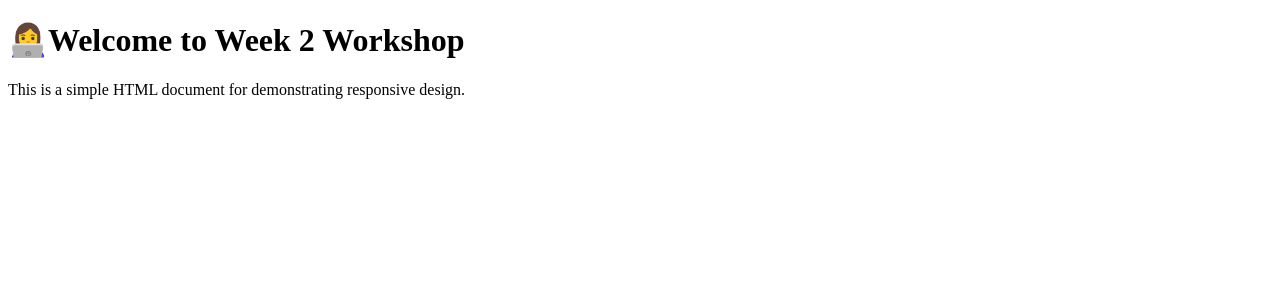
Repository: VickyJacob23/SheCode
Page: firstCode/week2.html
The author's editor kept a copy of each file at every save. The page is drawn from the files as they stood at one save, then again after the next save.
The browser window is 1280 px wide. The pictures show the whole page.

Above is the page before, as saved 2024-08-28 09:24:08.

After the next save:
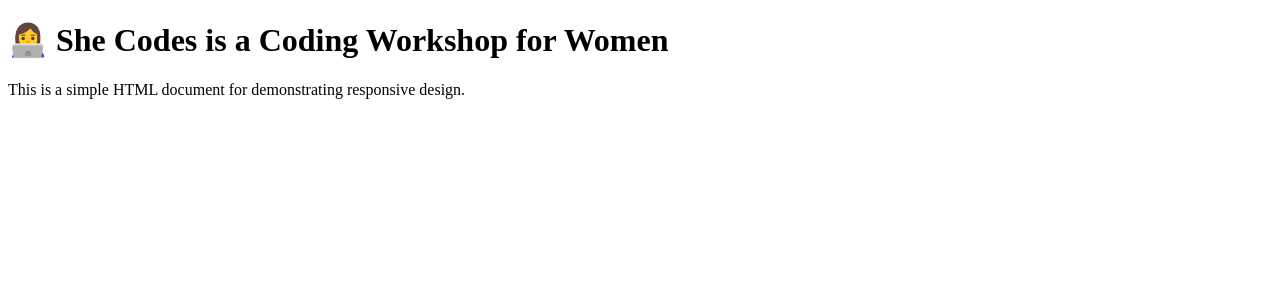
Saved 19 s later.
--- a/firstCode/week2.html
+++ b/firstCode/week2.html
@@ -9,7 +9,7 @@
   <body>
     <main>
       <div>
-        <h1>👩‍💻Welcome to Week 2 Workshop</h1>
+        <h1>👩‍💻 She Codes is a Coding Workshop for Women</h1>
         <p>
           This is a simple HTML document for demonstrating responsive design.
         </p>
